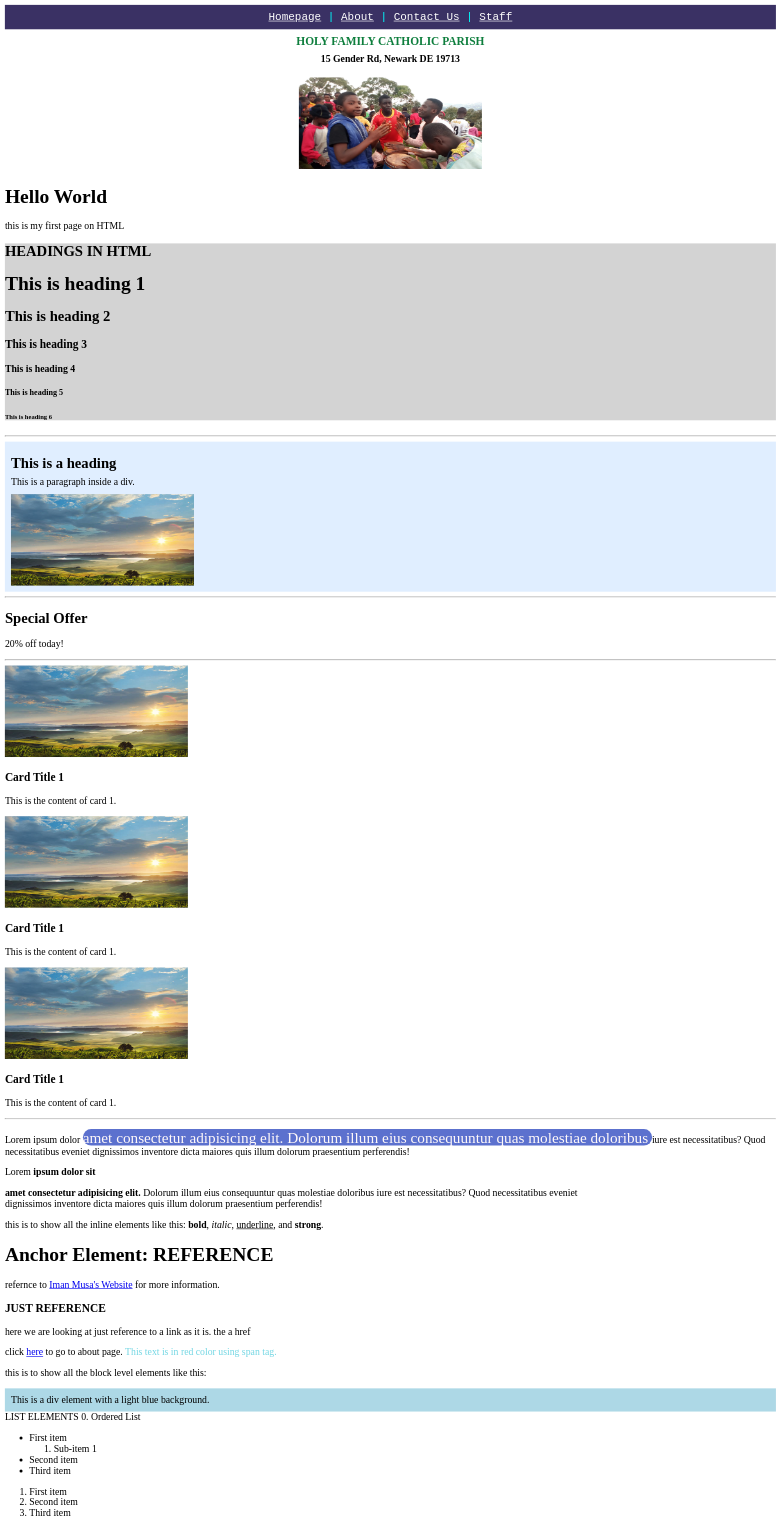
Repository: ficotims/HTML-RESTART
Page: Homepage.html
An editor plug-in stored every save of this project. The page is shown before and after the next save, followed by the edit.
The browser window is 1280 px wide. The pictures show the whole page, at 61% of full size.

Above is the page before, as saved 2026-02-10 16:41:20.

After the next save:
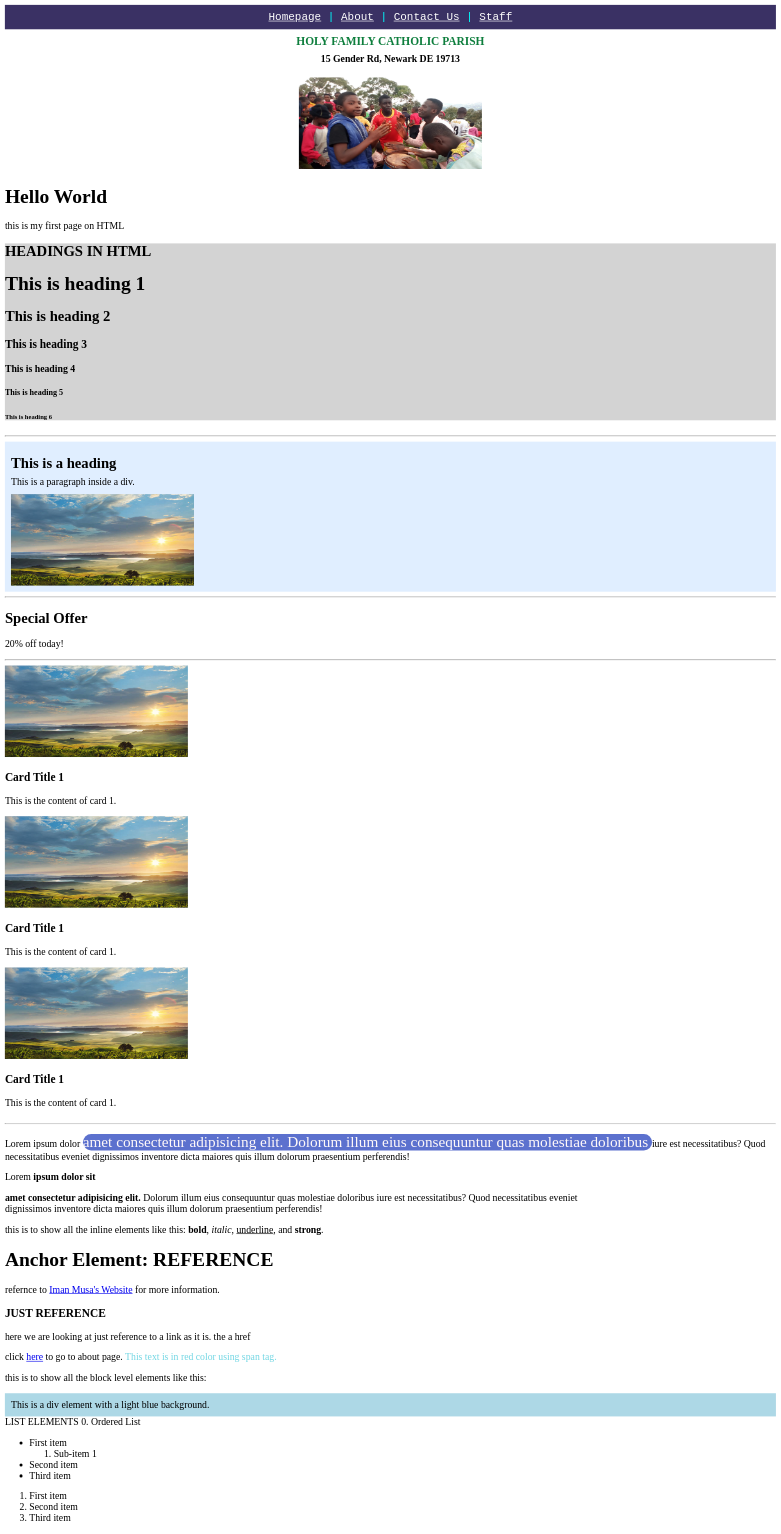
Saved 117 s later.
--- a/Style 1.css
+++ b/Style 1.css
@@ -14,3 +14,12 @@
     height: 250px;
     width: 200px;
 }
+
+.container{
+    display: flex;
+}
+
+.card{
+    background-color: white;
+
+}
